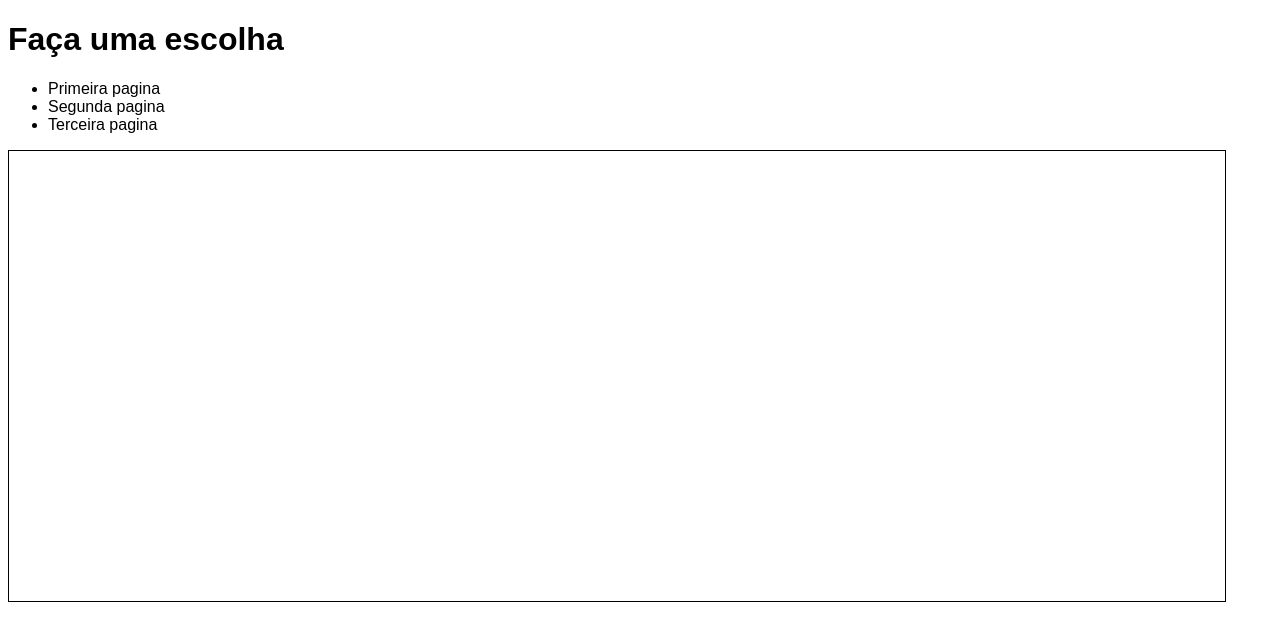
Repository: Lucianorodriguesdev/cursoHTML-CSS
Page: ex024/iframe003.html
These files come from the project's save history. The page is drawn as it stood at one moment and after the next save; the edit follows.
The browser window is 1280 px wide. The pictures show the whole page.

Above is the page before, as saved 2026-07-01 08:28:21.

After the next save:
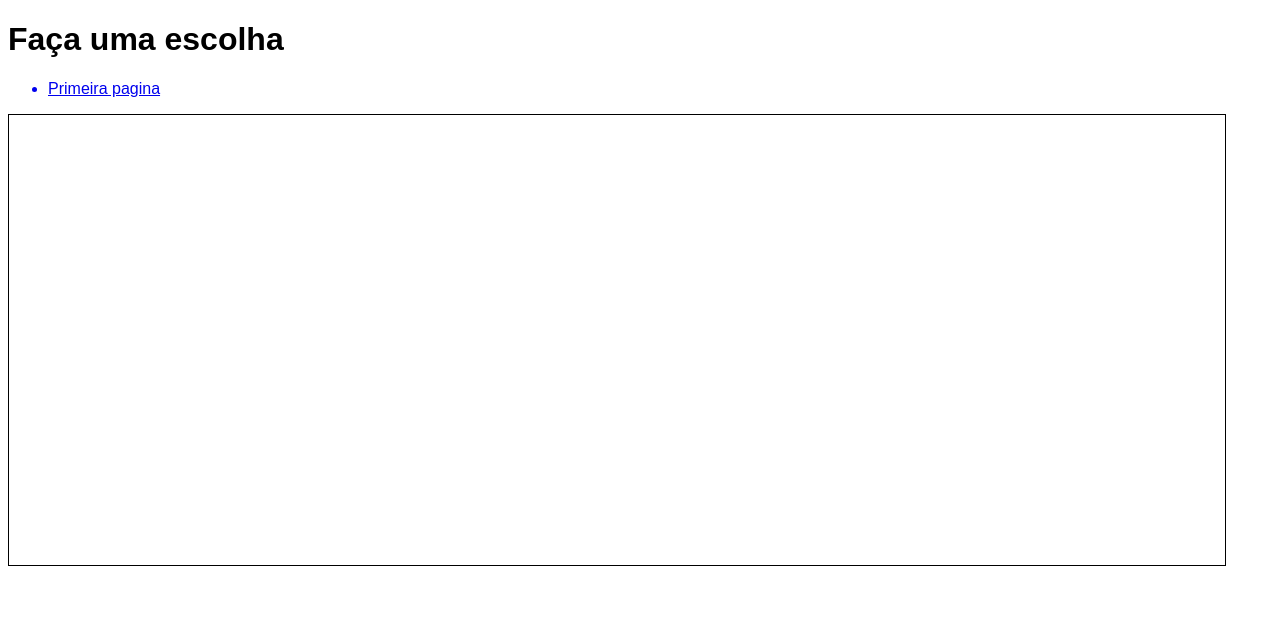
Saved 89 s later.
--- a/ex024/iframe003.html
+++ b/ex024/iframe003.html
@@ -18,9 +18,10 @@
 <body>
     <h1>Faça uma escolha</h1>
     <ul>
-        <li><a href="pag001.html"></a>Primeira pagina</li>
-        <li><a href="pag002.html"></a>Segunda pagina</li>
-        <li><a href="pag004.html"></a>Terceira pagina</li>
+        <a href="#
+        ">
+            <li>Primeira pagina</li>
+        </a>
     </ul>
 
 
